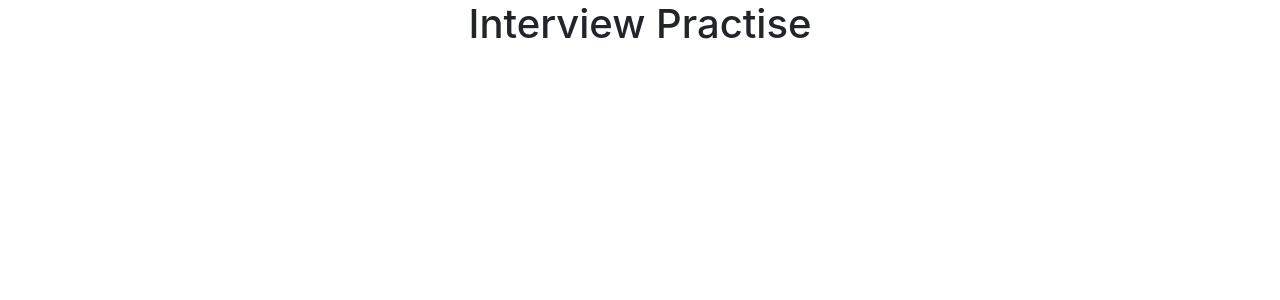
Repository: punitbathija/Machine-Round-React
Page: /
An editor plug-in stored every save of this project. The page is shown before and after the next save, followed by the edit.
The browser window is 1280 px wide. The pictures show the whole page.
The project was rebuilt for these pictures with package versions that can differ from the ones it lists, and the page was loaded fresh each time. Also part of the build but not shown: src/components/counter.jsx, src/components/ProgressBar.js.

Above is the page before, as saved 2023-06-01 13:10:56.

### src/index.js
import React from "react";
import ReactDOM from "react-dom/client";
import Counter from "./components/counter";
import "./index.css";
import ProgressBar from "./components/ProgressBar";
// import FetchApi from "./components/FetchApi";

const root = ReactDOM.createRoot(document.getElementById("root"));
root.render(
  <>
    <h1 className="text-center">Interview Practise</h1>
    {/* <Counter /> */}
    {/* <FetchApi /> */}
    {/* <ProgressBar /> */}
  </>
);

### src/components/CurrencyCoverter.js
import React from "react";

const CurrencyCoverter = () => {
  return (
    <div>
      <h1>Om Namo Shivay</h1>
    </div>
  );
};

export default CurrencyCoverter;

Loaded but not shown: public/index.html (common file); src/index.css (common file)

After the next save:
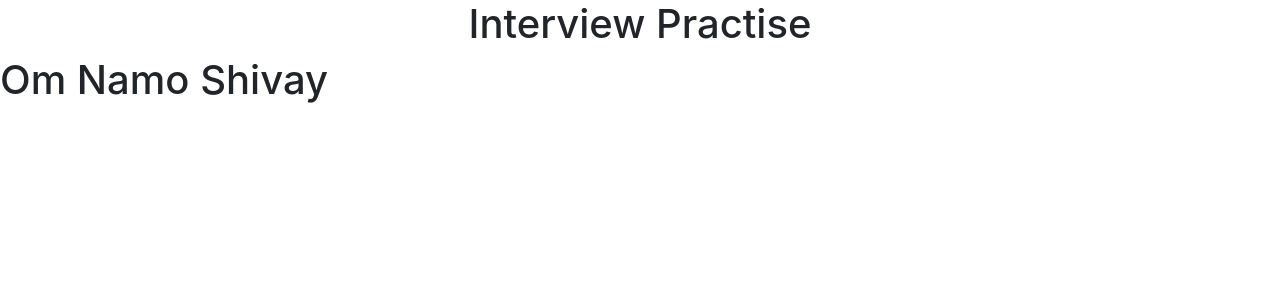
Saved 10 s later.
--- a/src/index.js
+++ b/src/index.js
@@ -3,6 +3,7 @@ import ReactDOM from "react-dom/client";
 import Counter from "./components/counter";
 import "./index.css";
 import ProgressBar from "./components/ProgressBar";
+import CurrencyCoverter from "./components/CurrencyCoverter";
 // import FetchApi from "./components/FetchApi";
 
 const root = ReactDOM.createRoot(document.getElementById("root"));
@@ -12,5 +13,6 @@ root.render(
     {/* <Counter /> */}
     {/* <FetchApi /> */}
     {/* <ProgressBar /> */}
+    <CurrencyCoverter />
   </>
 );
